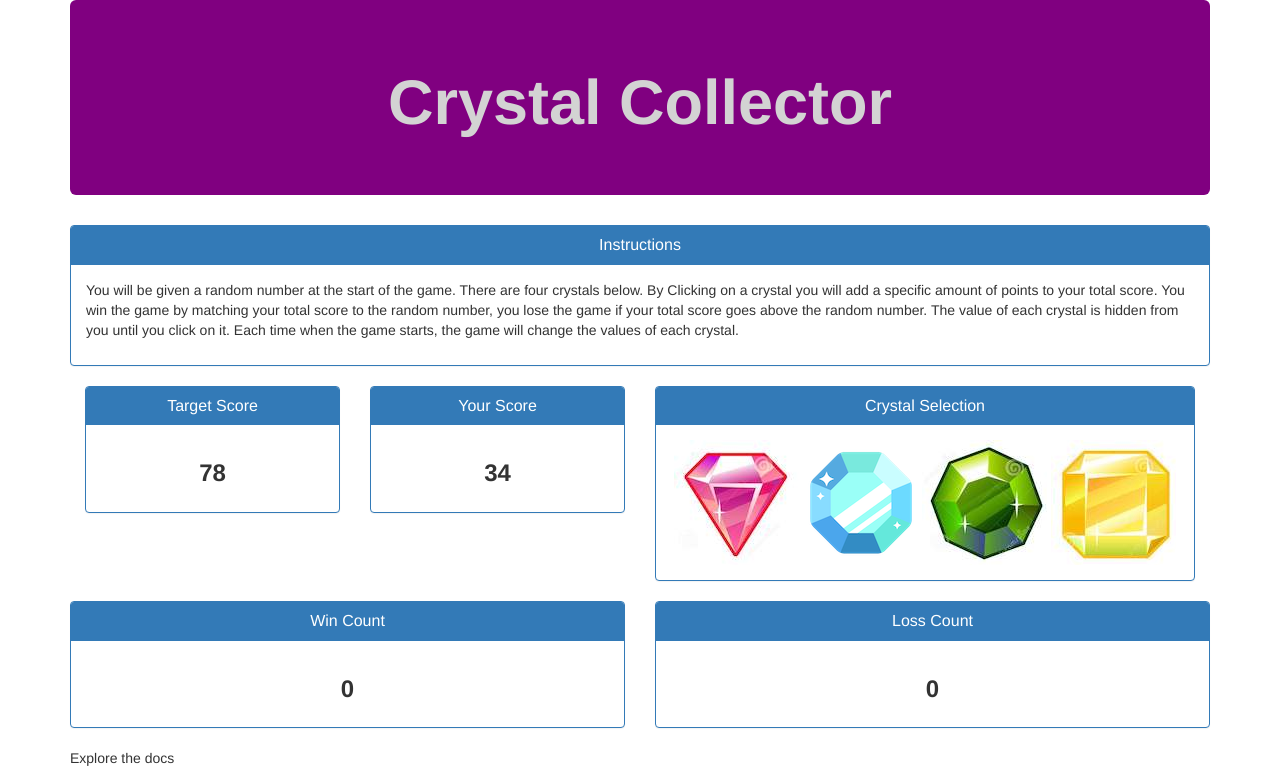
Repository: mikecherry1/week-4-game
Page: index.html
An editor plug-in stored every save of this project. The page is shown before and after the next save, followed by the edit.
The browser window is 1280 px wide. The pictures show the whole page.
Some web libraries are served in a nearby version.

Above is the page before, as saved 2017-11-19 19:33:38.
Console error: ReferenceError: $ is not defined

### index.html
<!doctype html>
<html lang="en">
  <head>

    <!-- Required meta tags -->
    <meta charset="utf-8">
    <meta name="viewport" content="width=device-width, initial-scale=1, shrink-to-fit=no">

    <!-- Bootstrap CSS -->
    <link rel="stylesheet" <link href="https://maxcdn.bootstrapcdn.com/bootstrap/3.3.7/css/bootstrap.min.css" rel="stylesheet" integrity="sha384-BVYiiSIFeK1dGmJRAkycuHAHRg32OmUcww7on3RYdg4Va+PmSTsz/K68vbdEjh4u"
        crossorigin="anonymous">
  </head>
  <body>

    <div class="container">

        <div class="jumbotron" style= "background-color: purple; color: lightgrey;">
        <div class="container">
            <h1 class="text-center"><strong>Crystal Collector</strong></h1>
        </div>
    </div>

    <div class="row">
        <div class="col-lg-12">
            <div class="panel panel-primary">
                <div class="panel-heading">
                    <h3 class="panel-title text-center">Instructions</h3>
                </div>
                <div class="panel-body">
                    <p>You will be given a random number at the start of the game. There are four crystals below. By Clicking on a crystal you will add a specific amount of points to your total score. You win the game by matching your total score to the random number, you lose the game if your total score goes above the random number. The value of each crystal is hidden from you until you click on it. Each time when the game starts, the game will change the values of each crystal.</p>
            </div>
        </div>
    </div>

    </div>

    <div class="col-lg-3">

        <div class="panel panel-primary">
            <div class="panel-heading">
                <h3 class="panel-title text-center">Target Score</h3>
            </div>
            <div class="panel-body">
                <h3 class="text-center"><strong>78</strong></h3>
            </div>
        </div>
    </div>

        <div class="col-lg-3">

            <div class="panel panel-primary">
                <div class="panel-heading">
                    <h3 class="panel-title text-center">Your Score</h3>
                </div>
                <div class="panel-body">
                    <h3 class="text-center">
                        <strong>34</strong>
                    </h3>
                </div>
            </div>
        </div>

        <div class="col-lg-6">
            <div class="panel panel-primary">
                <div class="panel-heading">
                    <h3 class="panel-title text-center">Crystal Selection</h3>
                </div>
                <div class="panel-body text-center">
                    <img src="assets/images/pink_gem.jpg" alt="">
                    <img src="assets/images/blue-crystal.png" alt="">
                    <img src="assets/images/green_gem.jpg" alt="">
                    <img src="assets/images/yellow_gem.jpg" alt="">
                </div>
            </div>
        </div>

    <div class="row">

        <div class="col-lg-6">
            <div class="panel panel-primary">
                <div class="panel-heading">
                    <h3 class="panel-title text-center">Win Count</h3>
                </div>
                <div class="panel-body">
                    <h3 class="text-center">
                        <strong>0</strong>
                    </h3>
                </div>
            </div>
        </div>

        <div class="col-lg-6">
            <div class="panel panel-primary">
                <div class="panel-heading">
                    <h3 class="panel-title text-center">Loss Count</h3>
                </div>
                <div class="panel-body">
                    <h3 class="text-center">
                        <strong>0</strong>
                    </h3>
                </div>
            </div>
        </div>
    </div>

    <script src="assets/javascript/game.js"></script>
    <script src="https://code.jquery.com/jquery-3.2.1.slim.min.js" integrity="sha384-KJ3o2DKtIkvYIK3UENzmM7KCkRr/rE9/Qpg6aAZGJwFDMVNA/GpGFF93hXpG5KkN"
        crossorigin="anonymous"></script>
    <script src="https://cdnjs.cloudflare.com/ajax/libs/popper.js/1.12.3/umd/popper.min.js" integrity="sha384-vFJXuSJphROIrBnz7yo7oB41mKfc8JzQZiCq4NCceLEaO4IHwicKwpJf9c9IpFgh"
        crossorigin="anonymous"></script>
    <script src="https://maxcdn.bootstrapcdn.com/bootstrap/4.0.0-beta.2/js/bootstrap.min.js" integrity="sha384-alpBpkh1PFOepccYVYDB4do5UnbKysX5WZXm3XxPqe5iKTfUKjNkCk9SaVuEZflJ"
        crossorigin="anonymous"></script> Explore the docs

</body>
</html>

### assets/javascript/game.js


var crystal = {
    blue:
    {
        name: "Blue",
        value: 0
    },
    green:
    {
        name: "Green",
        value: 0
    },
    pink:
    {
        name: "Pink",
        value: 0
    },
    yellow:
    {
        name: "Yellow",
        value: 0
    }
};

var currentScore    = 0;
var targetScore     = 0;

var winCount        = 0;
var lossCount       = 0;



$("#blue").click(function() {
});

$("#green").click(function() {
});

$("#pink").click(function() {
});

$("#yellow").click(function() {
});

After the next save:
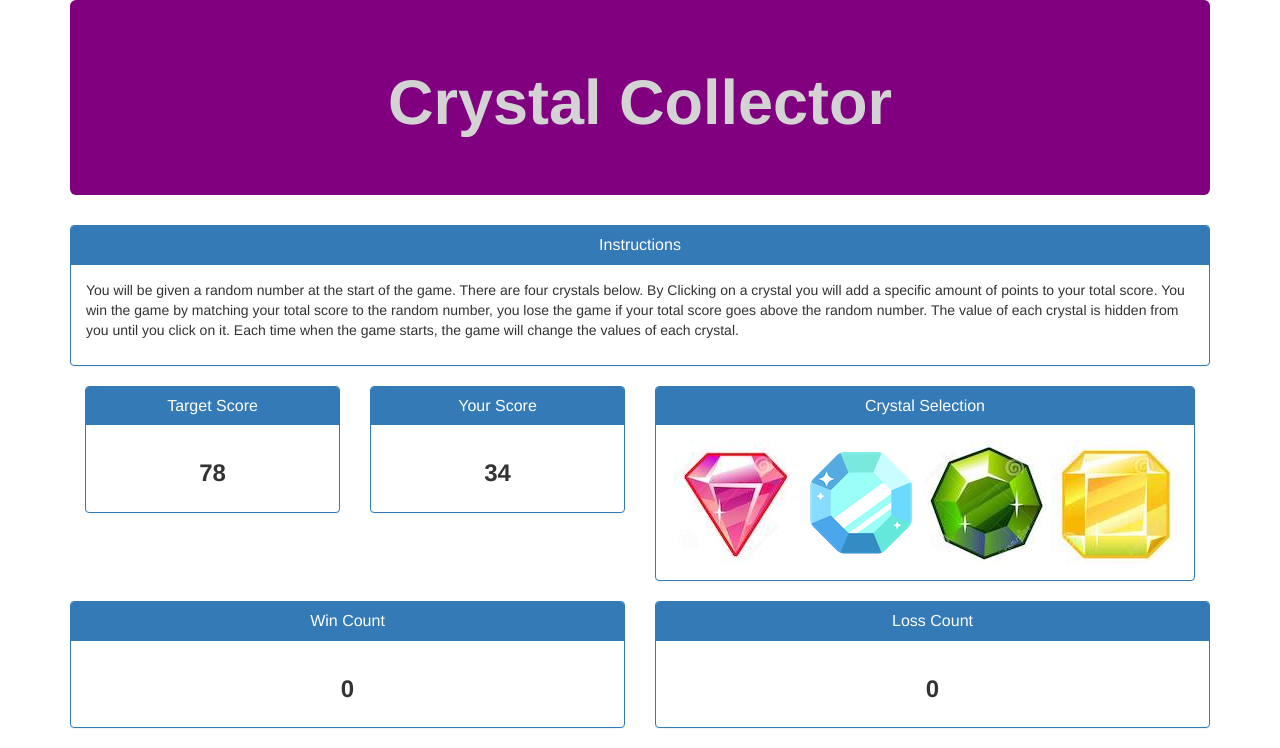
Saved 38 h 46 min later.
--- a/index.html
+++ b/index.html
@@ -109,7 +109,7 @@
     <script src="https://cdnjs.cloudflare.com/ajax/libs/popper.js/1.12.3/umd/popper.min.js" integrity="sha384-vFJXuSJphROIrBnz7yo7oB41mKfc8JzQZiCq4NCceLEaO4IHwicKwpJf9c9IpFgh"
         crossorigin="anonymous"></script>
     <script src="https://maxcdn.bootstrapcdn.com/bootstrap/4.0.0-beta.2/js/bootstrap.min.js" integrity="sha384-alpBpkh1PFOepccYVYDB4do5UnbKysX5WZXm3XxPqe5iKTfUKjNkCk9SaVuEZflJ"
-        crossorigin="anonymous"></script> Explore the docs
+        crossorigin="anonymous"></script>
 
 </body>
 </html>
